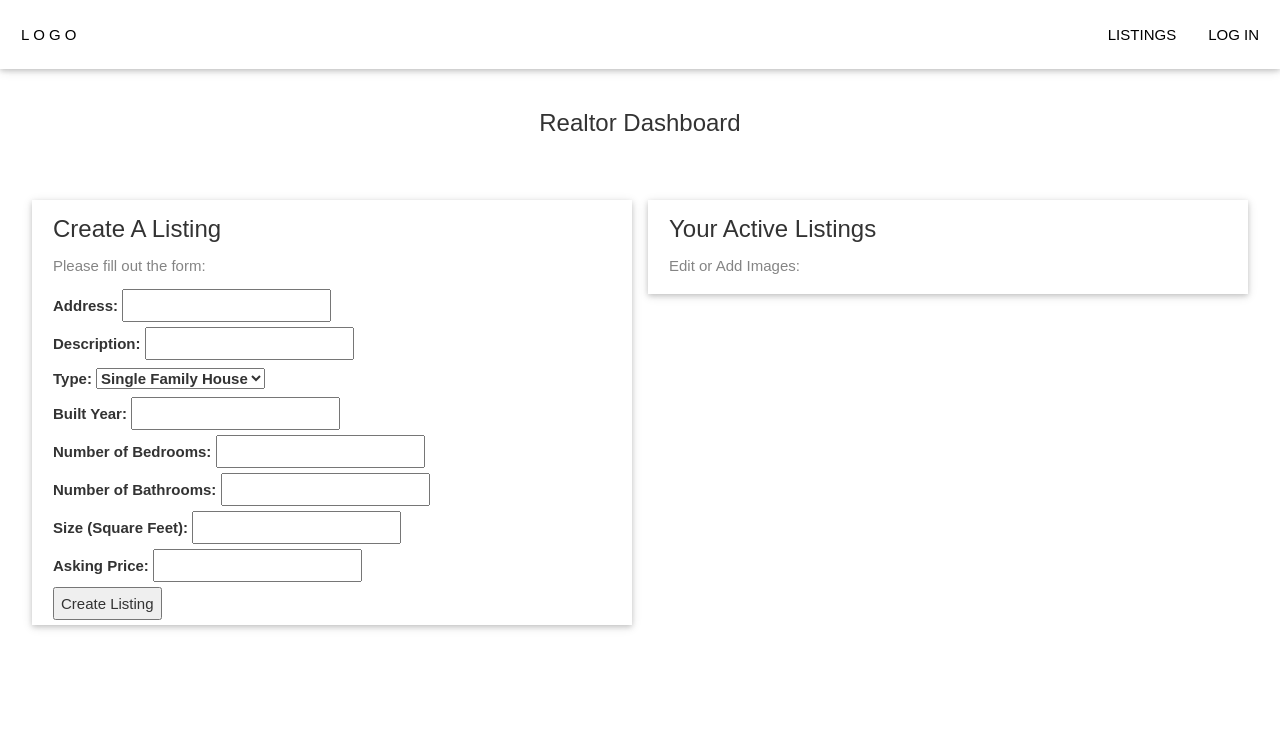
Repository: rickytorrez/test
Page: http://localhost/dcHome/WEB-INF/realtor.jsp
The author's editor kept a copy of each file at every save. The page is drawn from the files as they stood at one save, then again after the next save.
The browser window is 1280 px wide. The pictures show the whole page.
Some web fonts or font styles are not loaded; a fallback is used. The page is served by Tomcat 9. Nobody is signed in. The template is opened directly, without the code that normally fills it, so the values that code supplies are empty.

Above is the page before, as saved 2018-06-04 15:50:24.

After the next save:
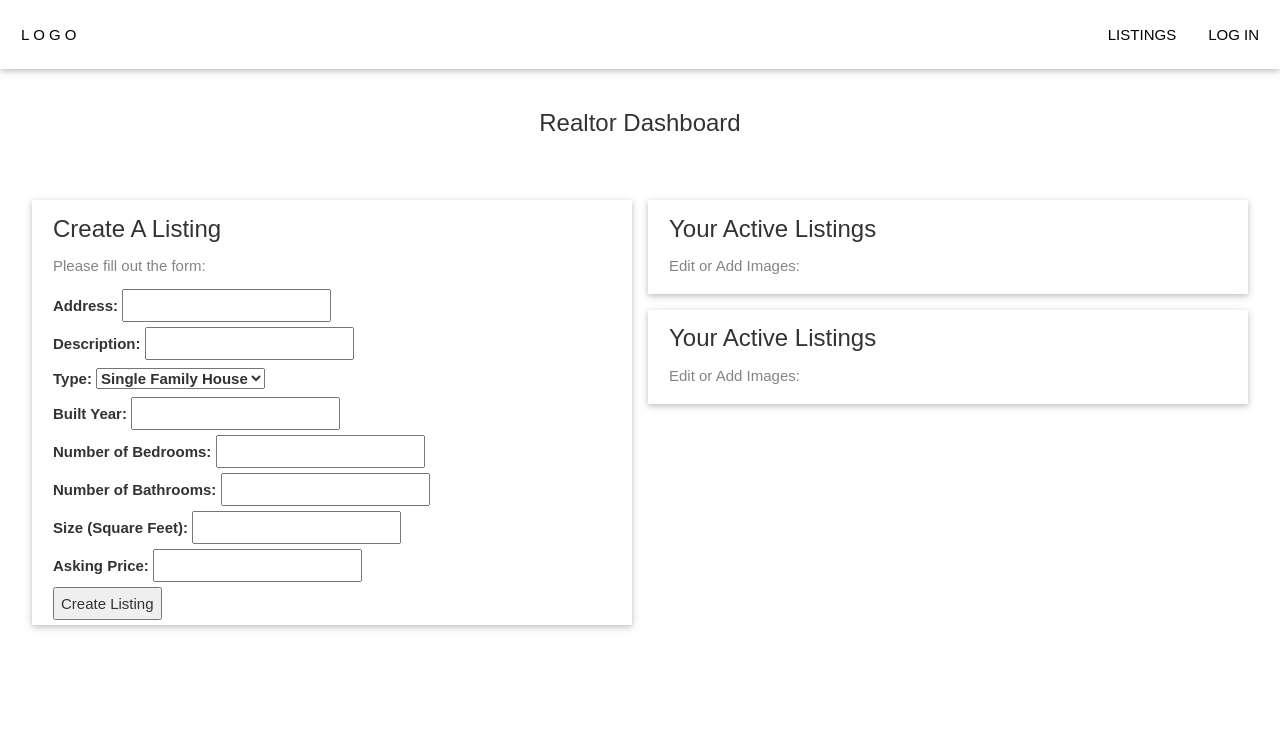
Saved 23 s later.
--- a/dcHome/src/main/webapp/WEB-INF/realtor.jsp
+++ b/dcHome/src/main/webapp/WEB-INF/realtor.jsp
@@ -131,6 +131,15 @@
                         	</div>
                     	</div>
                 	</div>
+                	<div class="w3-col l6 m6 w3-margin-bottom">
+                    	<div class="w3-card">
+                        	<div class="w3-container">
+                            	<h3>Your Active Listings</h3>
+                            	<p class="w3-opacity">Edit or Add Images:</p>
+
+                        	</div>
+                    	</div>
+                	</div>
 
 
 
